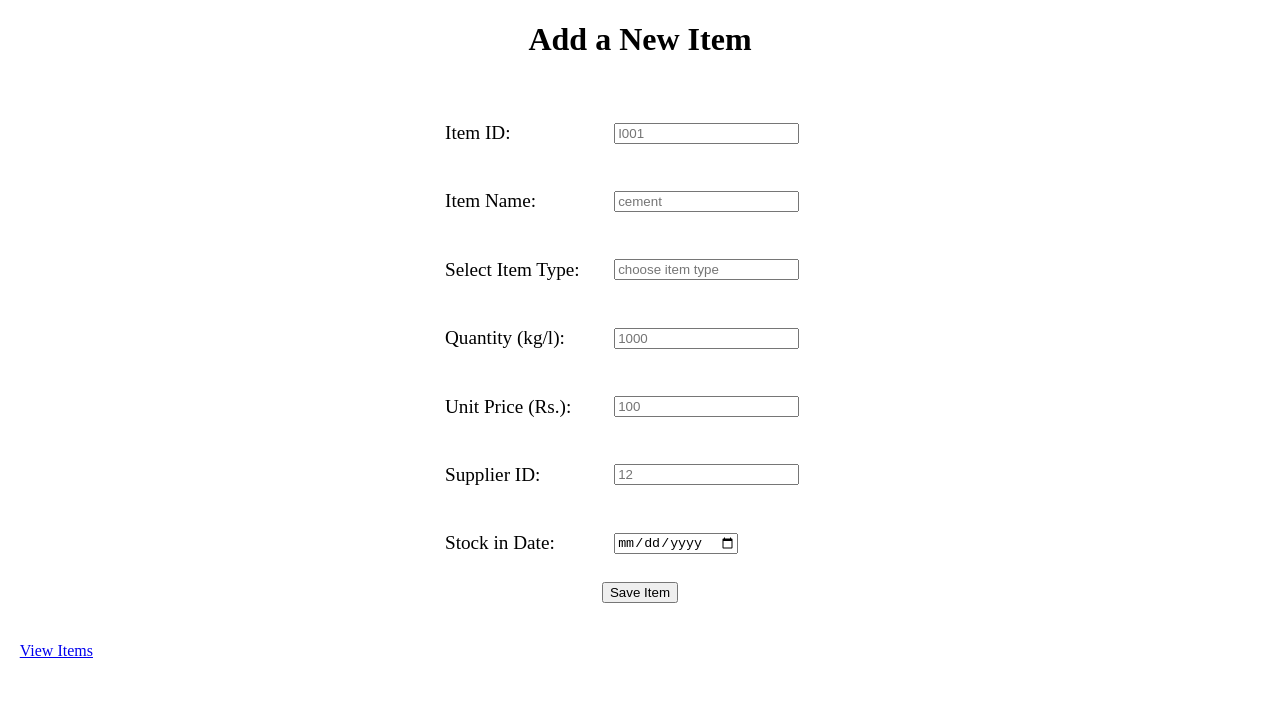
Repository: nirmaniPathiranage/CSSE-Procurement-Management
Page: http://localhost/Item_Management/AddItem.jsp
These files come from the project's save history. The page is drawn as it stood at one moment and after the next save; the edit follows.
The browser window is 1280 px wide. The pictures show the whole page.
The page is served by Tomcat 9.

Above is the page before, as saved 2019-09-29 19:16:27.

After the next save:
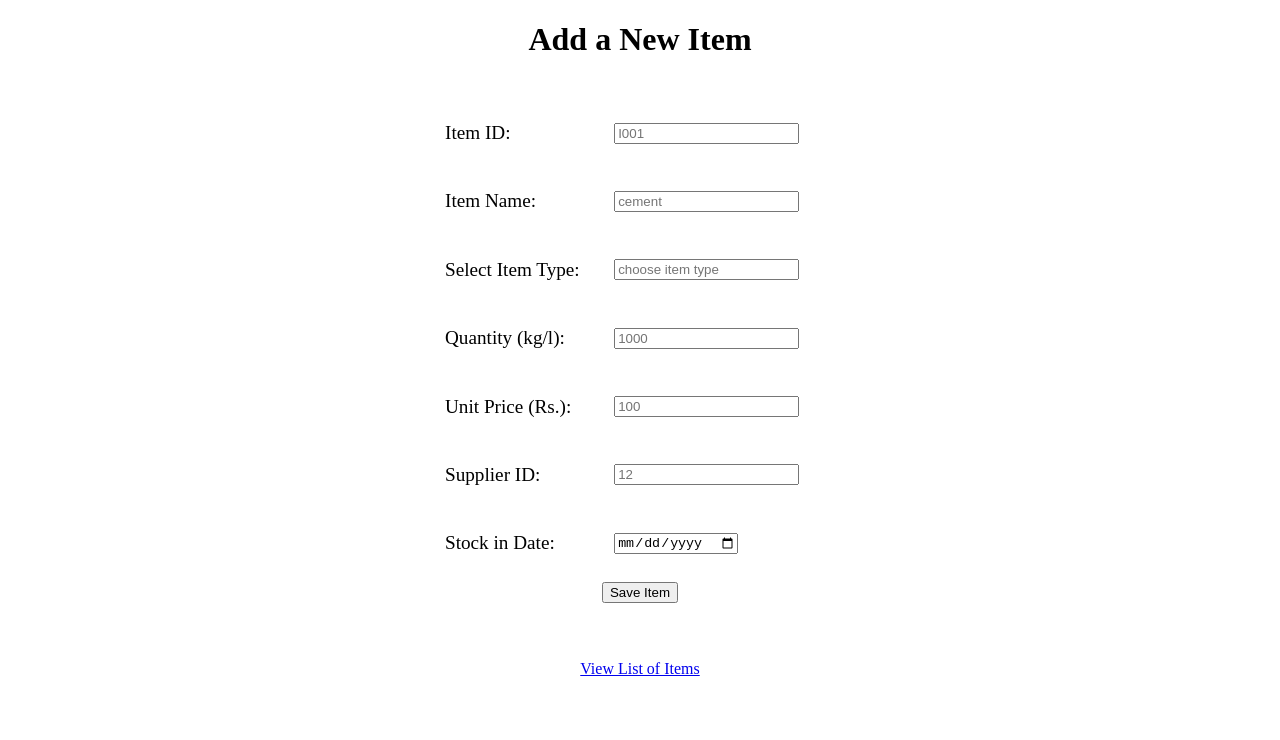
Saved 117 s later.
--- a/Item_Management/WebContent/AddItem.jsp
+++ b/Item_Management/WebContent/AddItem.jsp
@@ -103,7 +103,7 @@
 	</form>
 	</div>
 	<br />
-	<a href="ListItemServlet">View Items</a>
+	<center><a href="ListItemServlet">View List of Items</a></center>
 	<br><br><br>
 </body>
 </html>
